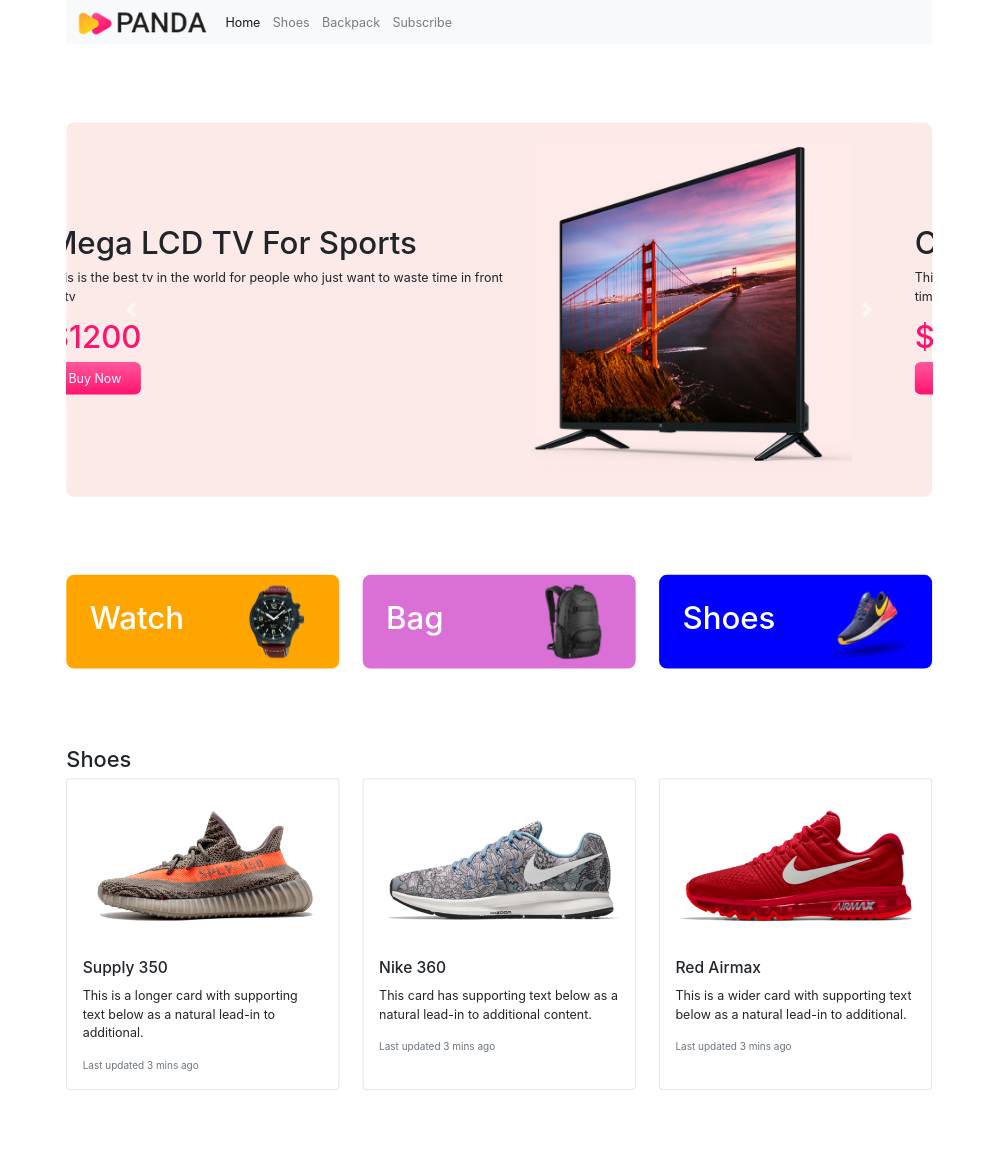
Repository: mohsinfarabi/panda-commerce
Page: index.html
These files come from the project's save history. The page is drawn as it stood at one moment and after the next save; the edit follows.
The browser window is 1280 px wide. The pictures show the whole page, at 78% of full size.

Above is the page before, as saved 2020-07-07 03:07:53.

After the next save:
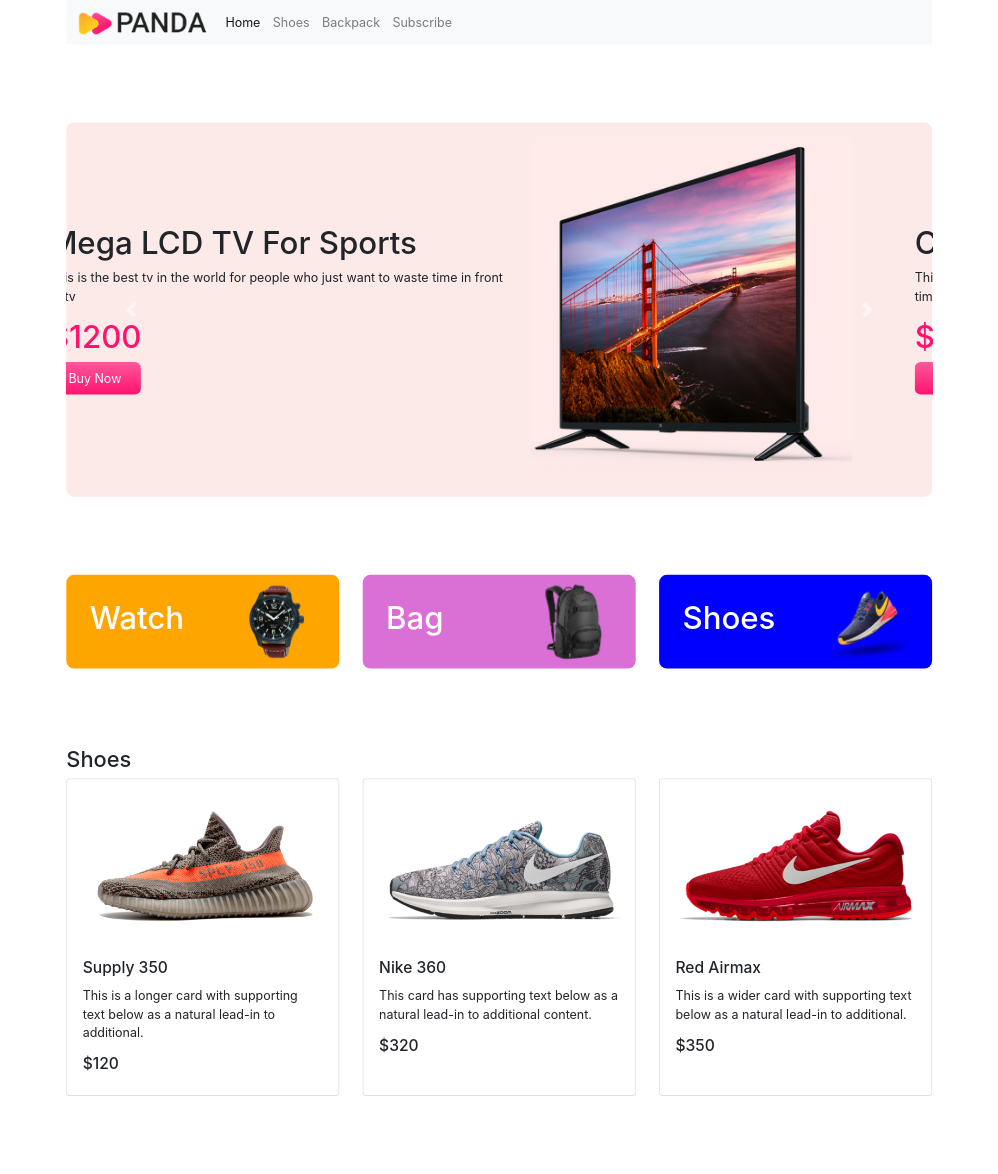
Saved 2 min 39 s later.
--- a/index.html
+++ b/index.html
@@ -119,7 +119,7 @@
                 <div class="card-body">
                     <h5 class="card-title">Supply 350</h5>
                     <p class="card-text">This is a longer card with supporting text below as a natural lead-in to additional.</p>
-                    <p class="card-text"><small class="text-muted">Last updated 3 mins ago</small></p>
+                    <h5>$120</h5>
                 </div>
             </div>
             <div class="card">
@@ -127,7 +127,7 @@
                 <div class="card-body">
                     <h5 class="card-title">Nike 360</h5>
                     <p class="card-text">This card has supporting text below as a natural lead-in to additional content.</p>
-                    <p class="card-text"><small class="text-muted">Last updated 3 mins ago</small></p>
+                    <h5>$320</h5>
                 </div>
             </div>
             <div class="card">
@@ -135,7 +135,7 @@
                 <div class="card-body">
                     <h5 class="card-title">Red Airmax</h5>
                     <p class="card-text">This is a wider card with supporting text below as a natural lead-in to additional.</p>
-                    <p class="card-text"><small class="text-muted">Last updated 3 mins ago</small></p>
+                    <h5>$350</h5>
                 </div>
             </div>
         </div>
